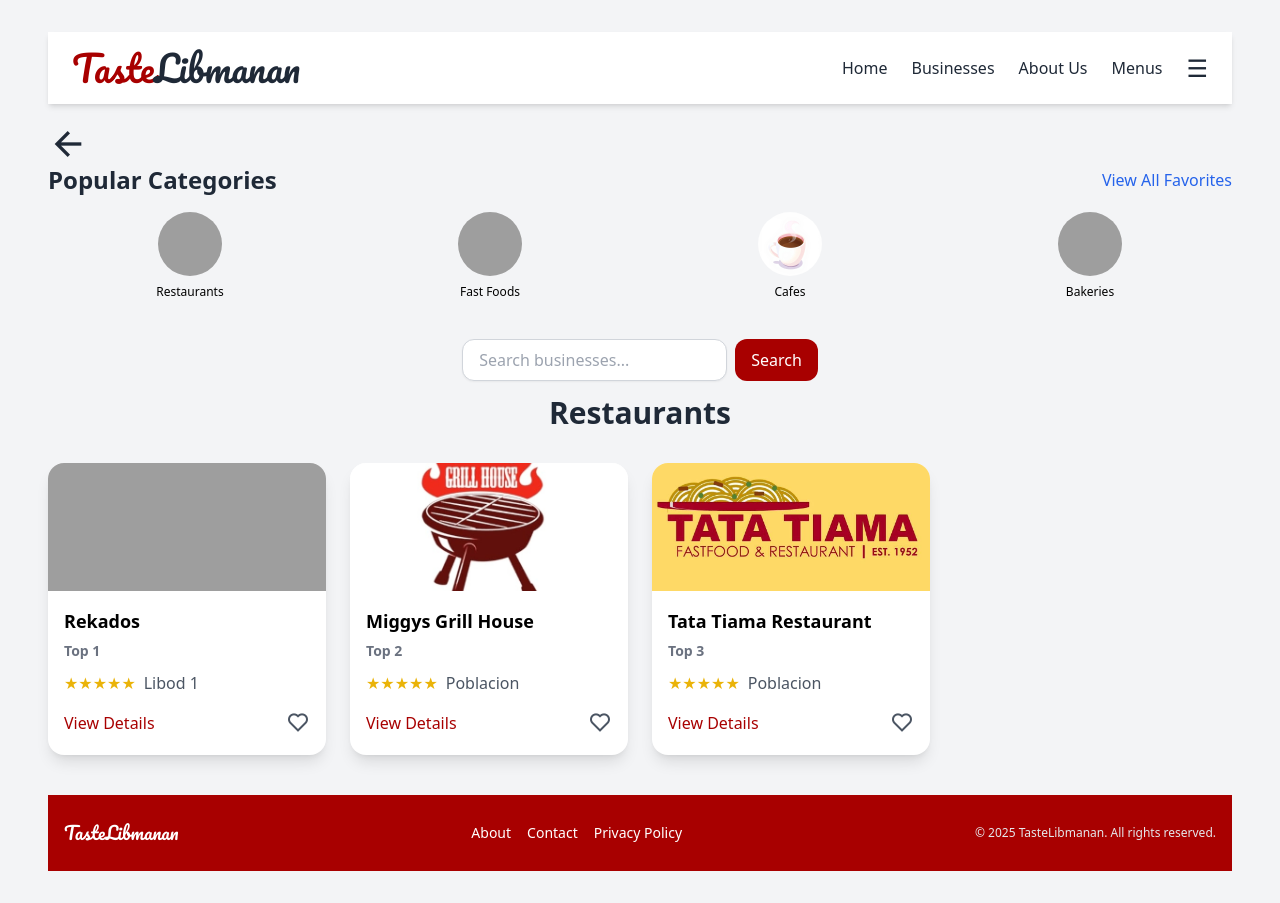
Repository: JomsCode21/Food-Mapping-and-Analytics
Page: http://localhost/tastelibmanan/fbusinessowner/categories.php?cat=restaurants
These files come from the project's save history. The page is drawn as it stood at one moment and after the next save; the edit follows.
The browser window is 1280 px wide. The pictures show the whole page.
Pictures or frames that could not be fetched are drawn as grey boxes. Some web libraries are served in a nearby version. The page is run by PHP 8.4 with error messages shown; the project is at /var/www/html/. The database holds what the project's SQL file puts in it.

Above is the page before, as saved 2025-08-05 18:26:30.
Console error: ReferenceError: categories is not defined

After the next save:
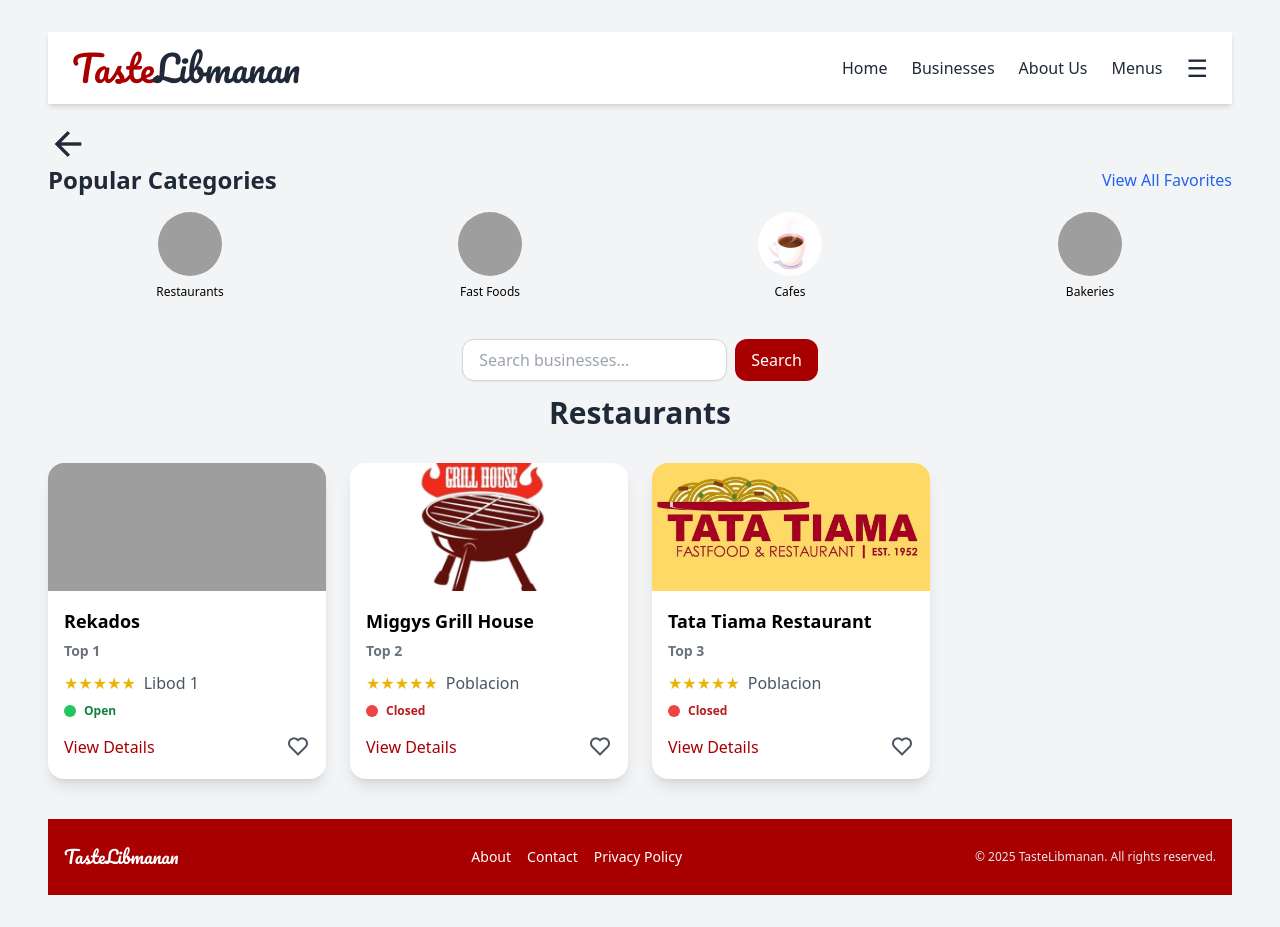
Saved 19 min 36 s later.
--- a/fbusinessowner/categories.php
+++ b/fbusinessowner/categories.php
@@ -13,7 +13,7 @@ $businesses = [];
 if (isset($category_map[$cat])) {
     $type = $category_map[$cat];
     $stmt = $conn->prepare("
-    SELECT fb_name, fb_address, fb_photo, user_id
+    SELECT fb_name, fb_address, fb_photo, user_id, fb_status
     FROM fb_owner
     WHERE fb_type = ?
     ORDER BY fbowner_id DESC
@@ -306,25 +306,41 @@ $stmt->close();
 <div id="business-list" class="grid grid-cols-2 sm:grid-cols-3 md:grid-cols-4 gap-6">
   <?php if (!empty($businesses)): ?>
     <?php foreach ($businesses as $index => $biz): ?>
+
+
       <div class="bg-white shadow-lg rounded-lg overflow-hidden hover:shadow-xl transition-shadow duration-300">
-        <img src="<?php echo htmlspecialchars($biz['fb_photo'] ?: '../imgsource/default.jpg'); ?>" alt="<?php echo htmlspecialchars($biz['fb_name']); ?>" class="w-full h-32 object-cover">
-        <div class="p-4">
-          <h4 class="font-semibold text-lg"><?php echo htmlspecialchars($biz['fb_name']); ?><br>
-            <span class="text-sm text-gray-500">Top <?php echo $index + 1; ?></span>
-          </h4>
-          <div class="flex items-center space-x-2 mt-2">
-            <span class="text-yellow-500">★★★★★</span>
-            <span class="text-gray-600"><?php echo htmlspecialchars($biz['fb_address']); ?></span>
-          </div>
-          <div class="flex justify-between items-center mt-3">
-            <a href="businessdetails.php?user_id=<?php echo urlencode($biz['user_id']); ?>" class="text-primary transition-transform duration-200 hover:scale-110">View Details</a>
-            <!-- Heart Icon -->
-            <button class="favorite-btn text-gray-600 hover:text-red-500">
-              <i class="ri-heart-line text-2xl"></i>
-            </button>
-          </div>
-        </div>
-      </div>
+  <img src="<?php echo htmlspecialchars($biz['fb_photo'] ?: '../imgsource/default.jpg'); ?>" alt="<?php echo htmlspecialchars($biz['fb_name']); ?>" class="w-full h-32 object-cover">
+  <div class="p-4">
+    <h4 class="font-semibold text-lg"><?php echo htmlspecialchars($biz['fb_name']); ?><br>
+      <span class="text-sm text-gray-500">Top <?php echo $index + 1; ?></span>
+    </h4>
+    <div class="flex items-center space-x-2 mt-2">
+      <span class="text-yellow-500">★★★★★</span>
+      <span class="text-gray-600"><?php echo htmlspecialchars($biz['fb_address']); ?></span>
+    </div>
+    <!-- ADD STATUS INDICATOR HERE -->
+    <div class="flex items-center space-x-2 mt-2">
+      <?php
+        $is_open = strtolower($biz['fb_status']) === 'open';
+        $circle_color = $is_open ? 'bg-green-500' : 'bg-red-500';
+        $status_text = $is_open ? 'Open' : 'Closed';
+      ?>
+      <span class="inline-block w-3 h-3 rounded-full <?php echo $circle_color; ?>"></span>
+      <span class="text-xs font-semibold <?php echo $is_open ? 'text-green-700' : 'text-red-700'; ?>">
+        <?php echo $status_text; ?>
+      </span>
+    </div>
+    <!-- END STATUS INDICATOR -->
+    <div class="flex justify-between items-center mt-3">
+      <a href="businessdetails.php?user_id=<?php echo urlencode($biz['user_id']); ?>" class="text-primary transition-transform duration-200 hover:scale-110">View Details</a>
+      <button class="favorite-btn text-gray-600 hover:text-red-500">
+        <i class="ri-heart-line text-2xl"></i>
+      </button>
+    </div>
+  </div>
+</div>
+
+
     <?php endforeach; ?>
   <?php elseif(isset($category_map[$cat])): ?>
     <p class="text-center text-gray-600 col-span-4">No businesses found</p>
